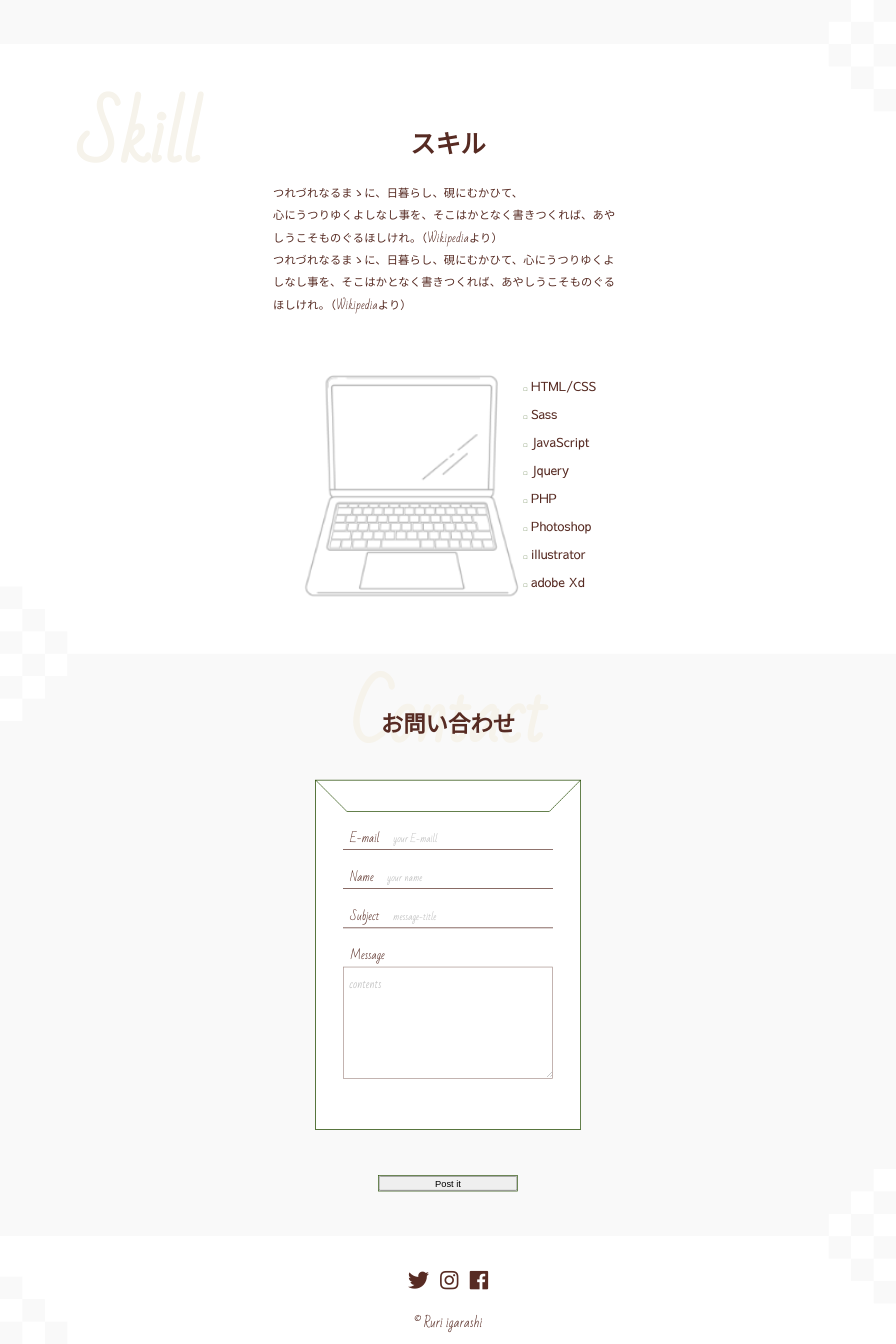
Repository: ppmp556/igarashi.kakuu
Page: index.html
These files come from the project's save history. The page is drawn as it stood at one moment and after the next save; the edit follows.
The browser window is 1280 px wide. The pictures show the part of the page from y = 3620 to 5540 px (the page is 5540 px tall), at 70% of full size.
Some web libraries are served in a nearby version. The style sheet was rebuilt from its Sass, Less or Tailwind sources for each picture, by a compiler version that may differ from the author's.

Above is the page before, as saved 2020-11-16 10:53:22.

### index.html
<!DOCTYPE html>
<html lang="ja">
    <head>
        <meta charset="UTF-8">
        <meta name="viewport" content="width=device-width, initial-scale=1.0, maximum-scale=1.0, minimum-scale=1.0">
        <link rel="stylesheet" href="faundation.css" type="text/css">
        <link rel="stylesheet" href="css/style.css" type="text/css">
        <link href="https://use.fontawesome.com/releases/v5.6.1/css/all.css" rel="stylesheet">
        <link href="https://fonts.googleapis.com/css?family=Bad+Script" rel="stylesheet">
        <link href="https://fonts.googleapis.com/css?family=Sawarabi+Gothic" rel="stylesheet">
        <link rel="img" href="image">
        <title>架空LP</title>

    </head>
    <body>

    <div class="container">

        <div class="kv">
            <header class="header">
                <h1 class="header_ttl">
                    <a href="index.html" class="header_link">My Portfolio</a><!-- /.header_link -->
                </h1><!-- /.header_ttl -->
                <nav class="nav">
                    <div class="nav_wrapper" id="nav_lists">
                        <!-- ハンバーガーメニュー部分 -->
                        <div class="toggle_btn" id="nav_toggler">
                            <span class="toggle_line __tg1"></span>
                            <span class="toggle_line __tg2"></span>
                            <span class="toggle_line __tg3"></span>
                        </div>
                        <!-- ハンバーガーメニューここまで -->
                    </div>
                    <ul class="nav_list flex">
                        <li class="nav_item">
                            <a href="#" class="nav_link">Profile<span class="nav_sp">プロフィール</a><!-- /.nav_link -->
                        </li><!-- /.nav_item -->
                        <li class="nav_item">
                            <a href="#" class="nav_link">Works<span class="nav_sp">実績一覧</a><!-- /.nav_link -->
                        </li><!-- /.nav_item -->
                        <li class="nav_item">
                            <a href="#" class="nav_link">Skill<span class="nav_sp">スキル</a><!-- /.nav_link -->
                        </li><!-- /.nav_item -->
                        <li class="nav_item nav_color">
                            <a href="#" class="nav_link nav_color">Contact<span class="nav_sp">お問い合わせ</a><!-- /.nav_link -->
                        </li><!-- /.nav_item -->
                    </ul><!-- /.nav_list -->
                </nav><!-- /.nav -->
            </header><!-- /.header -->

            <div class="kv_txtbox">
                <p class="kv_txt">I love this job from the bottom of my heart.</p><!-- /.kv_txt -->
                <p class="kv_txt __subtxt">私はこの仕事が大好きだ</p><!-- /.kv_txt -->
            </div><!-- /.kv_txtbox -->
            <div class="site_btn">
                <a href="#" class="site_link">Contact</a><!-- /.site_link -->
            </div><!-- /.site_btn -->
        </div><!-- /.kv -->
        <main>
            <div class="inner">

                <section class="prof" id="prof">
                    <div class="section_ttlbox">
                        <h2 class="prof_ttl">プロフィール</h2><!-- /.prof_ttl -->
                        <!-- <span class="prof_sub">Profile</span> -->
                    </div><!-- /.section_ttlbox -->
                    <div class="prof_inner">
                            <div class="prof_imgbox">
                                <img src="images/profile/profile.png" alt="#" class="prof_img">
                            </div><!-- /.prof_imgbox -->
                            <div class="prof_content">
                                <p class="prof_txt">
                                    つれづれなるまゝに、日暮らし、硯にむかひて<br>
                                    心にうつりゆくよしなし事を、<br>
                                    そこはかとなく書きつくれば、あやしうこそ
                                    ものぐるほしけれ。（Wikipediaより）<br>
                                    つれづれなるまゝに、日暮らし、硯にむかひ
                                    て、心にうつりゆくよしなし事を、そこはか
                                    となく書きつくれば、あやしうこそものぐる
                                    ほしけれ。（Wikipediaより）<br>
                                    つれづれなるまゝに、日暮らし、硯にむかひ
                                    て、心にうつりゆくよしなし事を、そこはか
                                    となく書
                                </p><!-- /.prof_txt -->
                                <div class="section_btnbox">
                                    <div class="flex">
                                            <div class="site_btn site_tw">
                                                <a href="#" class="site_link">Instagram</a>
                                            </div><!-- /.site_btn -->
                                            <div class="site_btn">
                                                <a href="#" class="site_link">Twitter</a>
                                            </div><!-- /.site_btn -->
                                    </div><!-- /.flex -->
                                </div><!-- /.section_btnbox -->
                            </div><!-- /.prof_content -->
                    </div><!-- /.prof_inner -->
                </section><!-- /#prof.prof -->

                <section class="work" id="work">
                    <div class="work_inner">

                        <div class="section_ttlbox">
                            <h2 class="work_ttl">実績一覧</h2><!-- /.work_ttl -->
                            <!-- <span class="work_sub">Works</span> -->
                        </div><!-- /.section_ttlbox -->
                        <div class="work_container">
                            <ul class="work_list">
                                <li class="work_item">
                                    <div class="work_imgbox">
                                        <img src="images/work1/work1.png" alt="" class="work_img">
                                    </div><!-- /.work_imgbox -->
                                    <div class="work_content">
                                        <div class="work_txtbox">
                                            <h3 class="work_minttl ">制作物のタイトル</h3><!-- /.work_minttl -->
                                            <p class="work_txt">
                                                難しかった点は、つれづれなるまゝに、日暮らし、硯にむかひて、心にうつりゆくよしなし事を、そこはかとなく書きつくれば、あやしうこそものぐるほしけれるほしけれ。あやしうこそものぐるほしけれ。（Wikipediaより）というように解決しました。
                                            </p><!-- /.work_txt -->
                                        </div><!-- /.work_txtbox -->
                                        <div class="site_btn">
                                            <a href="#" class="site_link">サイトを見る</a>
                                        </div><!-- /.site_btn -->
                                    </div><!-- /.work_content -->
                                </li><!-- /.work_item -->
                                <li class="work_item">
                                    <div class="work_imgbox">
                                        <img src="images/work2/work2.png" alt="" class="work_img">
                                    </div><!-- /.work_imgbox -->
                                    <div class="work_content">
                                        <div class="work_txtbox">
                                            <h3 class="work_minttl">制作物のタイトル制作物のタイトルタイトル</h3><!-- /.work_minttl -->
                                            <p class="work_txt">
                                                難しかった点は、つれづれなるまゝに、日暮らし、硯にむかひて、心にうつりゆくよしなし事を、そこはかとなく書きつくれば、あやしうこそものぐるほしけれるほしけれ。あやしうこそものぐるほしけれ。（Wikipediaより）というように解決しました。
                                            </p><!-- /.work_txt -->
                                        </div><!-- /.work_txtbox -->
                                        <div class="site_btn">
                                            <a href="#" class="site_link">サイトを見る</a>
                                        </div><!-- /.site_btn -->
                                    </div><!-- /.work_content -->
                                </li><!-- /.work_item -->
                                <li class="work_item">
                                    <div class="work_imgbox">
                                        <img src="images/work3/work3.png" alt="" class="work_img">
                                    </div><!-- /.work_imgbox -->
                                    <div class="work_content">
                                        <div class="work_txtbox">
                                            <h3 class="work_minttl">制作物のタイトル</h3><!-- /.work_minttl -->
                                            <p class="work_txt">
                                                難しかった点は、つれづれなるまゝに、日暮らし、硯にむかひて、心にうつりゆくよしなし事を、そこはかとなく書きつくれば、あやしうこそものぐるほしけれるほしけれ。あやしうこそものぐるほしけれ。（Wikipediaより）というように解決しました。
                                            </p><!-- /.work_txt -->
                                        </div><!-- /.work_txtbox -->
                                        <div class="site_btn">
                                            <a href="#" class="site_link">サイトを見る</a>
                                        </div><!-- /.site_btn -->
                                    </div><!-- /.work_content -->
                                </li><!-- /.work_item -->
                            </ul><!-- /.work_list -->
                        </div><!-- /.work_imgbox -->
                    </div><!-- /.work_inner -->
                </section><!-- /#work.work -->

                <section class="skill" id="skill">
                    <div class="section_ttlbox">
                        <h2 class="skill_ttl">スキル</h2><!-- /.skill_ttl -->
                        <!-- <span class="skill_sub">Skill</span> -->
                    </div><!-- /.section_ttlbox -->
                    <div class="skill_inner">
                        <div class="flex">
                            <div class="skill_txtbox">
                                <p class="skill_txt">
                                    つれづれなるまゝに、日暮らし、硯にむかひて、<br>
                                    心にうつりゆくよしなし事を、そこはかとなく書きつくれば、あやしうこそものぐるほしけれ。（Wikipediaより）<br>
                                    つれづれなるまゝに、日暮らし、硯にむかひて、心にうつりゆくよしなし事を、そこはかとなく書きつくれば、あやしうこそものぐるほしけれ。（Wikipediaより）
                                </p><!-- /.skill_txt -->
                            </div><!-- /.skill_txtbox -->
                            <div class="skill_listbox flex">
                                <div class="skill_imgbox">
                                    <img src="images/1544078499/1544078499.png" alt="" class="skill_img">
                                </div><!-- /.skill_imgbox -->
                                <ul class="skill_list">
                                    <li class="skill_item"><span class="skill_itemspan">□</span> HTML/CSS</li><!-- /.skill_item -->
                                    <li class="skill_item"><span class="skill_itemspan">□</span> Sass</li><!-- /.skill_item -->
                                    <li class="skill_item"><span class="skill_itemspan">□</span> JavaScript</li><!-- /.skill_item -->
                                    <li class="skill_item"><span class="skill_itemspan">□</span> Jquery</li><!-- /.skill_item -->
                                    <li class="skill_item"><span class="skill_itemspan">□</span> PHP</li><!-- /.skill_item -->
                                    <li class="skill_item"><span class="skill_itemspan">□</span> Photoshop</li><!-- /.skill_item -->
                                    <li class="skill_item"><span class="skill_itemspan">□</span> illustrator</li><!-- /.skill_item -->
                                    <li class="skill_item"><span class="skill_itemspan">□</span> adobe Xd</li><!-- /.skill_item -->
                                </ul><!-- /.skill_list -->
                            </div><!-- /.skill_listbox -->
                        </div><!-- /.flex -->
                    </div><!-- /.skill_inner -->
                </section><!-- /#skill.skii -->

                <section class="contact" id="contact">
                    <div class="section_ttlbox">
                        <h2 class="contact_ttl">お問い合わせ</h2><!-- /.contact_ttl -->
                        <!-- <span class="contact_sub">Contact</span> -->
                    </div><!-- /.section_ttlbox -->
                    <form action="#" class="contact_form">
                        <div class="contact_inner">
                            <div class="contact_formwrap">
                                <div class="form ord1">
                                    <div class="form2">

                                        <label for="email" class="form_ttl">E-mail</label>
                                        <input type="email" class="form_box" name="your-E-mail" placeholder="your E-maill">
                                    </div>
                                </div>
                                <div class="form ord2">
                                    <div class="form2 bb">
                                            <label for="name" class="form_ttl">Name</label>
                                            <input type="text" class="form_box" name="your name" placeholder="your name">

                                    </div>
                                </div>
                            </div><!-- /.contact_formwrap -->
                            <div class="contact_formwrap">
                                <div class="form ord3">
                                    <div class="form2">
                                        <label for="subject" class="form_ttl">Subject</label>
                                        <input type="subject" class="form_box" name="message-title" placeholder="message-title">
                                    </div>
                                </div>
                                <div class="form ord4">
                                    <div class="form2">
                                        <label for="message" class="form_ttl">Message</label>
                                        <textarea class="form_area" placeholder="contents" rows="4" cols="40"></textarea>
                                    </div>
                                </div>
                            </div><!-- /.contact_formwrap -->
                        </div><!-- /.contact_inner -->
                    </form>
                    <div class="site_btn">
                        <input type="submit" value="Post it" class="site_link">
                    </div>
                </section><!-- /#contact.contact -->
            </div><!-- /.inner -->

        </main>


        <footer class="footer">
                <div class="footer_sharbox">
                    <ul class="footer_sharelist">
                        <li class="footer_item"><i class="fab fa-twitter footer_icon"></i></li><!-- /.footer_item -->
                        <li class="footer_item"><i class="fab fa-instagram footer_icon"></i></li><!-- /.footer_item -->
                        <li class="footer_item"><i class="fab fa-facebook footer_icon"></i></li><!-- /.footer_item -->
                    </ul><!-- /.footer_sharalist -->
                </div><!-- /.footer_sharbox -->
            <small class="footer_txt">&copy; Ruri igarashi</small>
        </footer><!-- /.footer -->
    </div><!-- /.container -->

        <script src="https://code.jquery.com/jquery-3.4.1.js"></script>
        <script src="menu.js"></script>

    </body>
</html>

### faundation.css

html,
body,
div,
span,
object,
iframe,
h1,
h2,
h3,
h4,
h5,
h6,
p,
blockquote,
pre,
abbr,
address,
cite,
code,
del,
dfn,
em,
img,
ins,
kbd,
q,
samp,
small,
strong,
sub,
sup,
var,
b,
i,
dl,
dt,
dd,
ol,
ul,
li,
fieldset,
form,
label,
legend,
table,
caption,
tbody,
tfoot,
thead,
tr,
th,
td,
article,
aside,
canvas,
details,
figcaption,
figure,
footer,
header,
hgroup,
menu,
nav,
section,
summary,
time,
mark,
audio,
video {
  margin: 0;
  padding: 0;
  border: 0;
  outline: 0;
  font-size: 100%;
  vertical-align: baseline;
  background: transparent;
}

body {
  line-height: 1.5;
}

article,
aside,
details,
figcaption,
figure,
footer,
header,
hgroup,
menu,
nav,
section {
  display: block;
}

ul,
ol {
  list-style: none;
}

table {
  border-collapse: collapse;
  border-spacing: 0;
}

a {
  color: inherit;
  text-decoration: none;
}

img {
  width: 100%;
  max-width: 100%;
  height: auto;
  vertical-align: bottom;
}

Loaded but not shown: menu.js (51 lines, source omitted); scss/style.scss (1720 lines, source omitted)

After the next save:
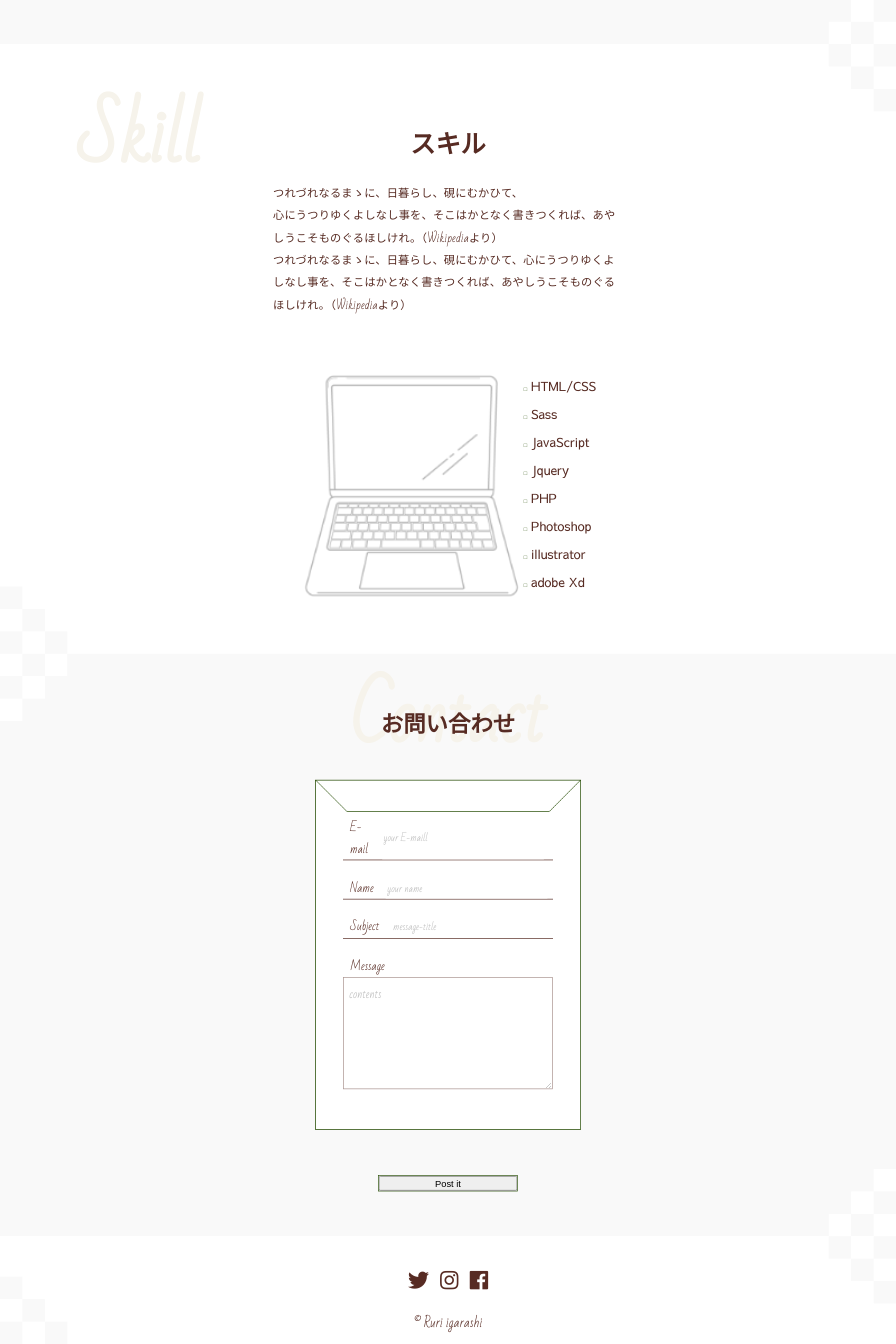
Saved 32 s later.
--- a/index.html
+++ b/index.html
@@ -200,7 +200,7 @@
                         <div class="contact_inner">
                             <div class="contact_formwrap">
                                 <div class="form ord1">
-                                    <div class="form2">
+                                    <div class="form2 flex">
 
                                         <label for="email" class="form_ttl">E-mail</label>
                                         <input type="email" class="form_box" name="your-E-mail" placeholder="your E-maill">
